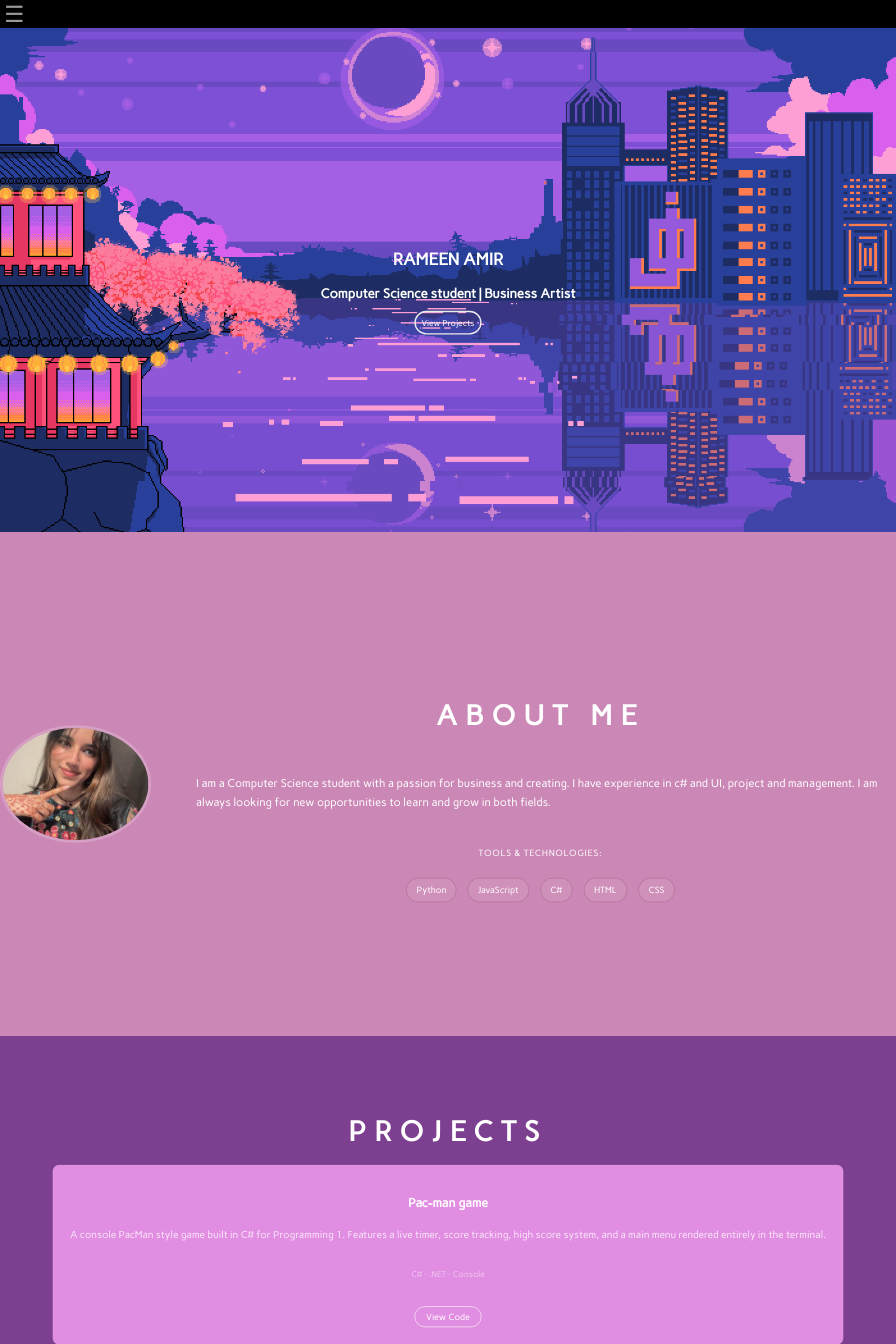
Repository: Rameen-A/Rameen-A
Page: index.html
These files come from the project's save history. The page is drawn as it stood at one moment and after the next save; the edit follows.
The browser window is 1280 px wide. The pictures show the part of the page from y = 0 to 1920 px (the page is 2876 px tall), at 70% of full size.

Above is the page before, as saved 2026-05-08 00:00:40.

After the next save:
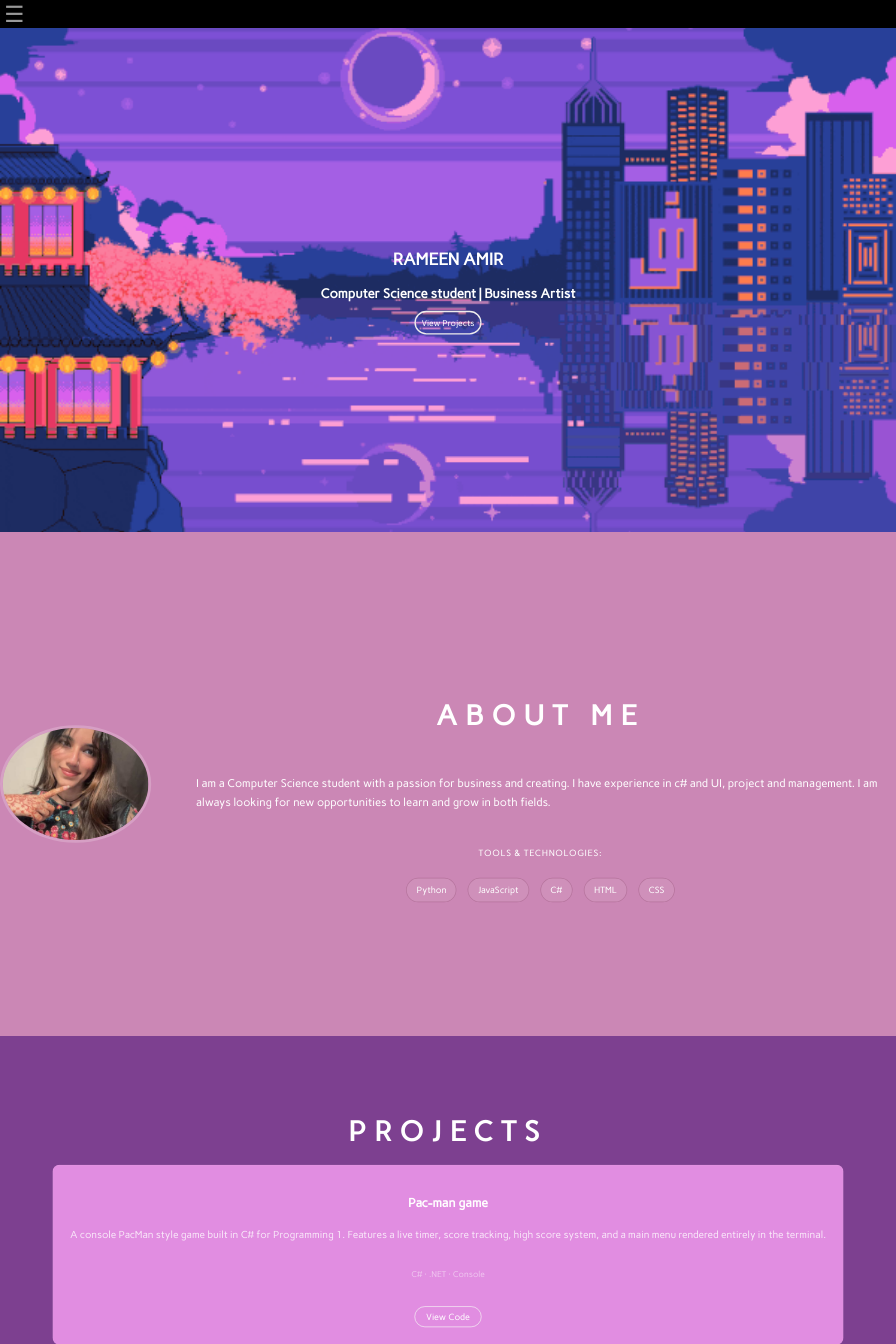
Saved 18 min 48 s later.
--- a/styles/index.css
+++ b/styles/index.css
@@ -11,7 +11,7 @@ body {
   text-align: center;
   height: 100vh;
 
-  background-image: url(../assets/images/9a61269bd961543ec7b161a66536ad3a.gif);
+  background-image: url(../assets/images/getsitecontrol__compress-gif__free.gif);
   background-size: cover;
   background-position: center;
   background-repeat: no-repeat;
